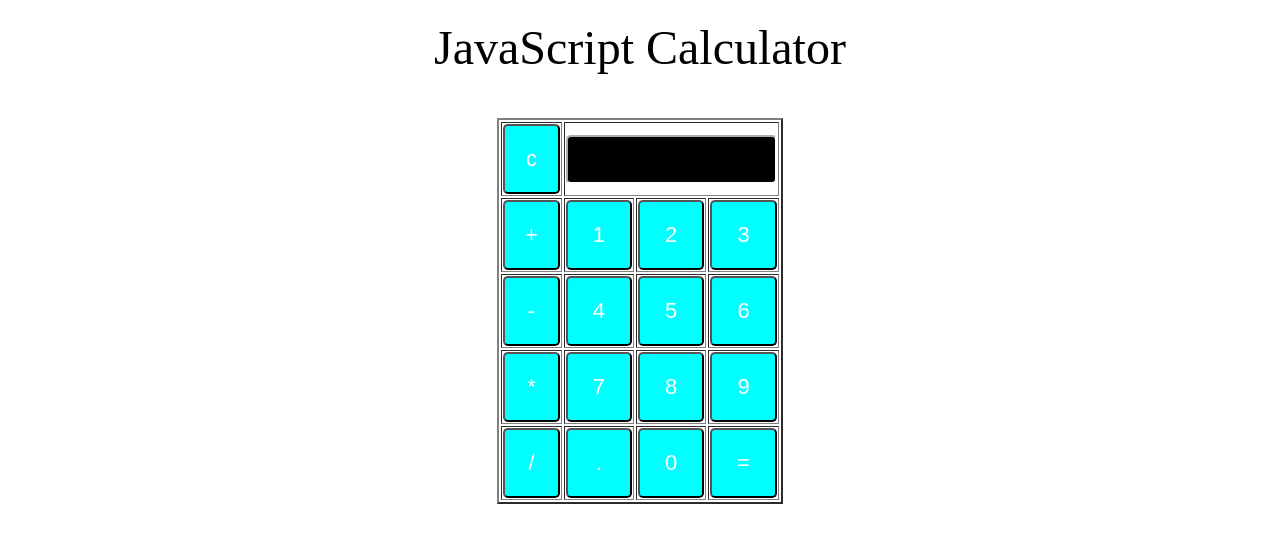
Repository: spidero7/Simple-Calculator
Page: index.html
An editor plug-in stored every save of this project. The page is shown before and after the next save, followed by the edit.
The browser window is 1280 px wide. The pictures show the whole page.

Above is the page before, as saved 2021-09-15 07:25:57.

### index.html
<!DOCTYPE html>
<html lang="en">
<head>
    <meta charset="UTF-8">
    <meta http-equiv="X-UA-Compatible" content="IE=edge">
    <meta name="viewport" content="width=device-width, initial-scale=1.0">
    <title>Calculator</title>
    <link rel="stylesheet" href="style.css">
</head>
<body>
    <div class="container">
        <div class="title">JavaScript Calculator</div>
        <div class="calculator-container">
            <table border="2">
                <tr>
                    <td><input type="button" value="c" onclick="clr()"/></td>
                    <td colspan="3"><input type="text" id="textvalue"/></td>
                </tr>
                <tr>
                    <td><input type="button" value="+" onclick="display('+')"/></td>
                    <td><input type="button" value="1" onclick="display('1')"/></td>
                    <td><input type="button" value="2" onclick="display('2')"/></td>
                    <td><input type="button" value="3" onclick="display('3')"/></td>
                </tr>
                <tr>
                    <td><input type="button" value="-" onclick="display('-')"/></td>
                    <td><input type="button" value="4" onclick="display('4')"/></td>
                    <td><input type="button" value="5" onclick="display('5')"/></td>
                    <td><input type="button" value="6" onclick="display('6')"/></td>
                </tr>
                <tr>
                    <td><input type="button" value="*" onclick="display('*')"/></td>
                    <td><input type="button" value="7" onclick="display('7')"/></td>
                    <td><input type="button" value="8" onclick="display('8')"/></td>
                    <td><input type="button" value="9" onclick="display('9')"/></td>
                </tr>
                <tr>
                    <td><input type="button" value="/" onclick="display('/')"/></td>
                    <td><input type="button" value="." onclick="display('.')"/></td>
                    <td><input type="button" value="0" onclick="display('0')"/></td>
                    <td><input type="button" value="=" onclick="evaluate()"/></td>
                </tr>
            </table>
        </div>
    </div>
    <script src="app.js"></script>
</body>
</html>

### style.css
* {
    box-sizing: border-box;
}

body {
    margin: 0;
    padding: 0;
}

.calculator-container {
    display: flex;
    justify-content: center;
    align-items: center;
    width: 100vw;
    height: 60vh;
    max-width: ;
}

.title {
    text-align: center;
    margin: 20px;
    font-size: 3rem;
}

input[type="button"] {
    background-color: aqua;
    color: white;
    border-radius: 5px;
    border-color: black;
    width: 100%;
    padding: 20px;
    font-size: 22px;
}

input[type="text"] {
    border-radius: 5px;
    text-align: right;
    background-color: black;
    color: white;
    border-color: white;
    width: 100%;
    padding: 15px;
}

Loaded but not shown: app.js (no copy from this time; the picture is the same without it)

After the next save:
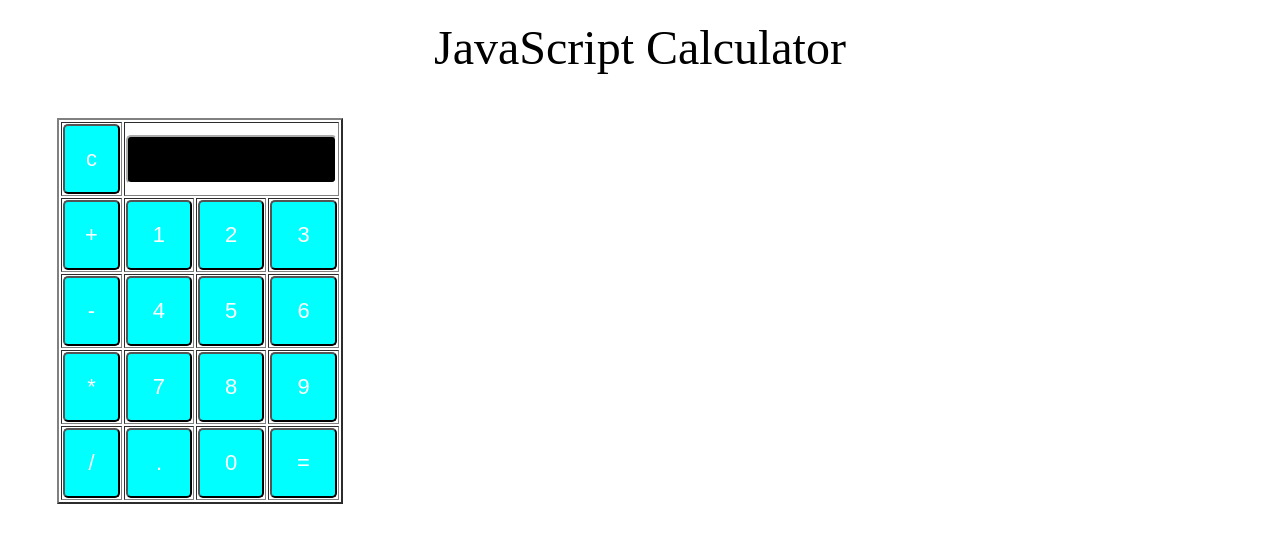
Saved 4 s later.
--- a/style.css
+++ b/style.css
@@ -13,7 +13,7 @@
     align-items: center;
     width: 100vw;
     height: 60vh;
-    max-width: ;
+    max-width: 400px;
 }
 
 .title {

After the 2 saves that followed:
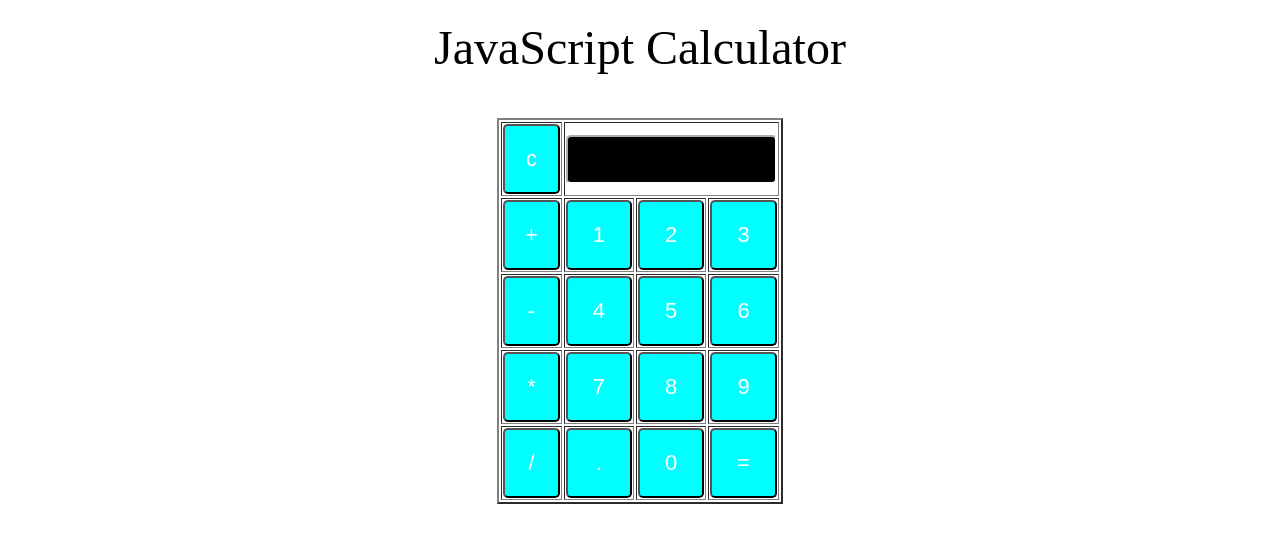
The 2 saves are shown as one change because they came seconds apart.
The last was saved 14 s later.
--- a/style.css
+++ b/style.css
@@ -13,7 +13,7 @@
     align-items: center;
     width: 100vw;
     height: 60vh;
-    max-width: 400px;
+    margin: ;
 }
 
 .title {
